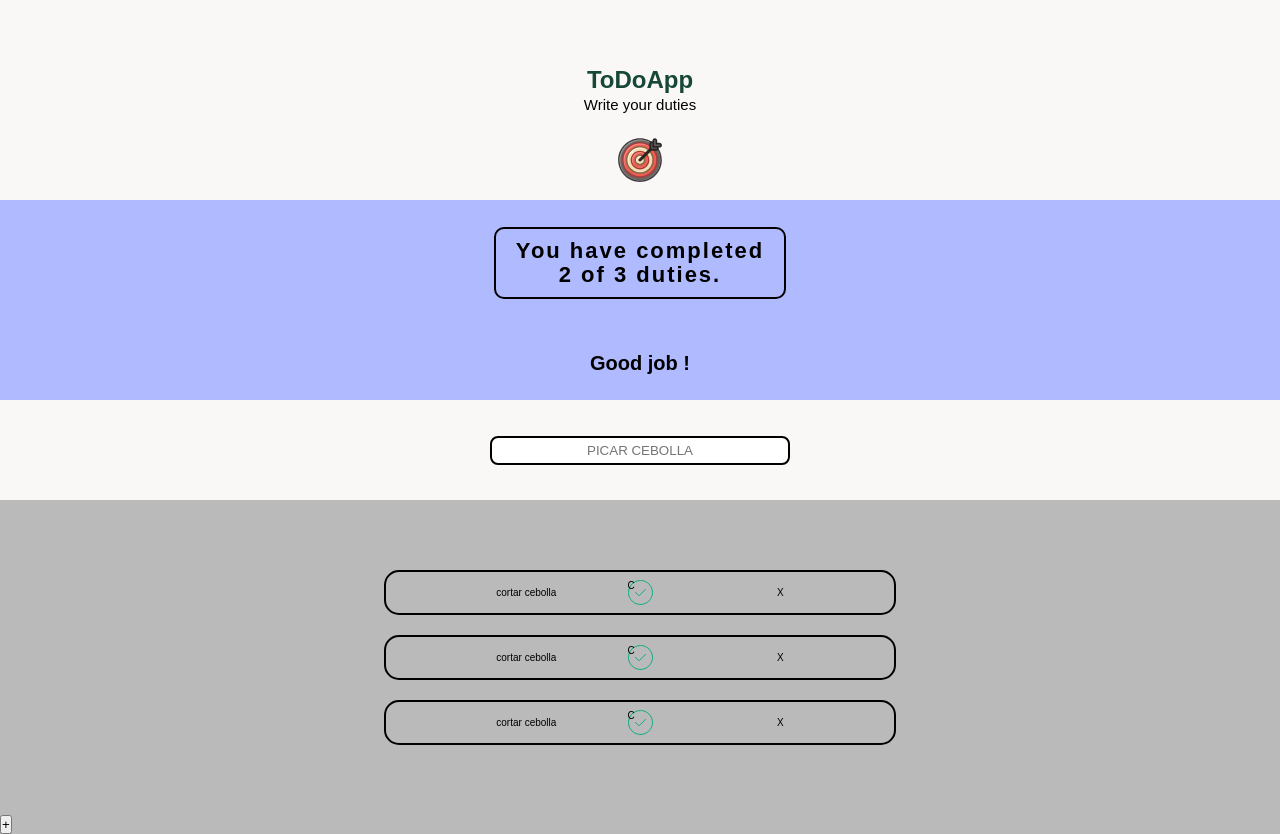
Repository: ChristianGecchelin/to-do-app
Page: /
An editor plug-in stored every save of this project. The page is shown before and after the next save, followed by the edit.
The browser window is 1280 px wide. The pictures show the whole page.
The project was rebuilt for these pictures with package versions that can differ from the ones it lists, and the page was loaded fresh each time.

Above is the page before, as saved 2022-01-12 15:26:47.

### src/index.js
import React from "react";
import ReactDOM from "react-dom";
import App from "./App";
//import { ChakraProvider } from "@chakra-ui/react";
import "./index.css";

ReactDOM.render(<App />, document.getElementById("root"));

### src/App.js
import { ToDoCounter } from "./ToDoCounter";
import { ToDoSearch } from "./ToDoSearch";
import { ToDoList } from "./ToDoList";
import { CreateToDoButton } from "./CreateToDoButton";
import { ToDoItem } from "./ToDoItem";
import { Header } from "./Header";
// import './App.css';

const todos = [
  { text: "cortar cebolla", completed: false },
  { text: "cortar cebolla", completed: false },
  { text: "cortar cebolla", completed: false },
];

function App() {
  return (
    <>
      <Header />
      <ToDoCounter />
      {<ToDoSearch />}
      <ToDoList>
        {todos.map((todo) => (
          <ToDoItem key={todo.text} text={todo.text} />
        ))}
      </ToDoList>

      <CreateToDoButton />
    </>
  );
}

export default App;

### src/index.css
* {
  box-sizing: border-box;
  margin: 0;
  padding: 0;
}
html {
  font-size: 62.5%;
  font-family: "DM Sans", sans-serif;
}
body {
  background: #bababa;
}

### src/ToDoCounter.js
import "./styles/ToDoCounter.css";
function ToDoCounter() {
  return (
    <section className="counter-container">
      <div className="title-card">
        <h2 className="counter-title">
          You have completed <br />2 of 3 duties.
        </h2>
      </div>
      {/* como podria cambiar ese br? */}
      <p className="counter-congrats">Good job !</p>
    </section>
  );
}
export { ToDoCounter };
/* Modificar que sea variable la cantidad de tareas completadas, que el good job cambie cuando llevo menos de la mitad de tareas completadas. */

### src/ToDoSearch.js
import "./styles/ToDoSearch.css";
function ToDoSearch() {
  return (
    <section className="search-container">
      <input className="search-input" placeholder="Picar cebolla"></input>
    </section>
  );
}
export { ToDoSearch };

### src/ToDoList.js
import "./styles/ToDoList.css";
function ToDoList(props) {
  return (
    <section className="list-container">
      <ul className="item-container"> {props.children}</ul>
    </section>
  );
}
export { ToDoList };

### src/CreateToDoButton.js
function CreateToDoButton() {
  return <button>+</button>;
}
export { CreateToDoButton };

### src/ToDoItem.js
function ToDoItem(props) {
  return (
    <li className="list-item">
      <span className="check">C</span>
      <p className="text-item">{props.text}</p>
      <span className="delete">X</span>
    </li>
  );
}
export { ToDoItem };

### src/Header.js
import "./styles/header.css";
function Header() {
  return (
    <header>
      <h1>ToDoApp</h1>
      <h3>Write your duties</h3>
      <span></span>
    </header>
  );
}
export { Header };

### src/styles/ToDoCounter.css
.counter-container {
  display: flex;
  flex-direction: column;
  justify-content: space-around;
  align-items: center;
  width: 100%;
  min-width: 300px;
  height: 200px;
  margin: 0 auto;
  text-align: center;
  background: #b0bbff;
}
.title-card {
  border: 2px solid black;
  border-radius: 10px;
}
.counter-title {
  font-size: 2.2rem;
  font-weight: 700;
  line-height: 2.4rem;
  letter-spacing: 0.2rem;
  padding: 10px 20px;
}
.counter-congrats {
  font-size: 2rem;
  font-weight: 700;
  line-height: 2rem;
}

/* como funciona la especifidad en css en react? */

### src/styles/ToDoSearch.css
.search-container {
  display: flex;
  flex-direction: column;
  margin: 0 auto;
  justify-content: center;
  width: 100;
  min-width: 200px;
  height: 100px;
  text-align: center;
  background: #faf8f7;
}
.search-input {
  width: 60%;
  max-width: 300px;
  border: 2px solid black;
  border-radius: 8px;
  margin: 0 auto;
  text-align: center;
  padding: 5px 20px;
}
.search-input:focus {
  outline: none;
  border: 2px solid green;
  background: rgba(240, 239, 239, 0.7);
}
.search-input::placeholder {
  text-transform: uppercase;
}

### src/styles/ToDoList.css
.list-container {
  display: flex;
  flex-direction: column;
  justify-content: center;
  align-items: center;
  width: 100%;
  height: auto;
  padding: 50px 0;
}
.item-container {
  width: 40%;
}
.list-item {
  position: relative;
  display: flex;
  flex-direction: row;
  justify-content: space-around;
  margin: 20px 0px;
  padding: 15px 0;
  border: 2px solid black;
  border-radius: 15px;
}
.check {
  position: absolute;
  top: 8px;
  left: calc(50%-60px);
  background-image: url(../assets/check.svg);
  width: 25px;
  height: 25px;
  background-repeat: no-repeat;
  background-size: contain;
}

### src/styles/header.css
header {
  position: relative;
  display: flex;
  flex-direction: column;
  justify-content: center;
  align-items: center;
  width: 100%;
  min-width: 320px;
  height: 200px;
  text-align: center;
  padding-bottom: 50px;
  background: #faf8f7;
}
header h1 {
  align-items: center;
  font-size: 2.4rem;
  font-weight: 700;
  line-height: 3rem;
  color: rgb(22, 71, 55);
  padding-top: 15px;
  padding-bottom: 5px;
  margin-top: 10px;
}
header h3 {
  align-items: center;
  font-size: 1.5rem;
  font-weight: 500;
  line-height: 1rem;
}
header span {
  position: absolute;
  top: 135px;
  background-image: url(../assets/header.svg);
  width: 50px;
  height: 50px;
  background-repeat: no-repeat;
  background-size: contain;
}
/*Falta completar con tipografias y colores, imagen span*/

Loaded but not shown: public/index.html (common file)

After the next save:
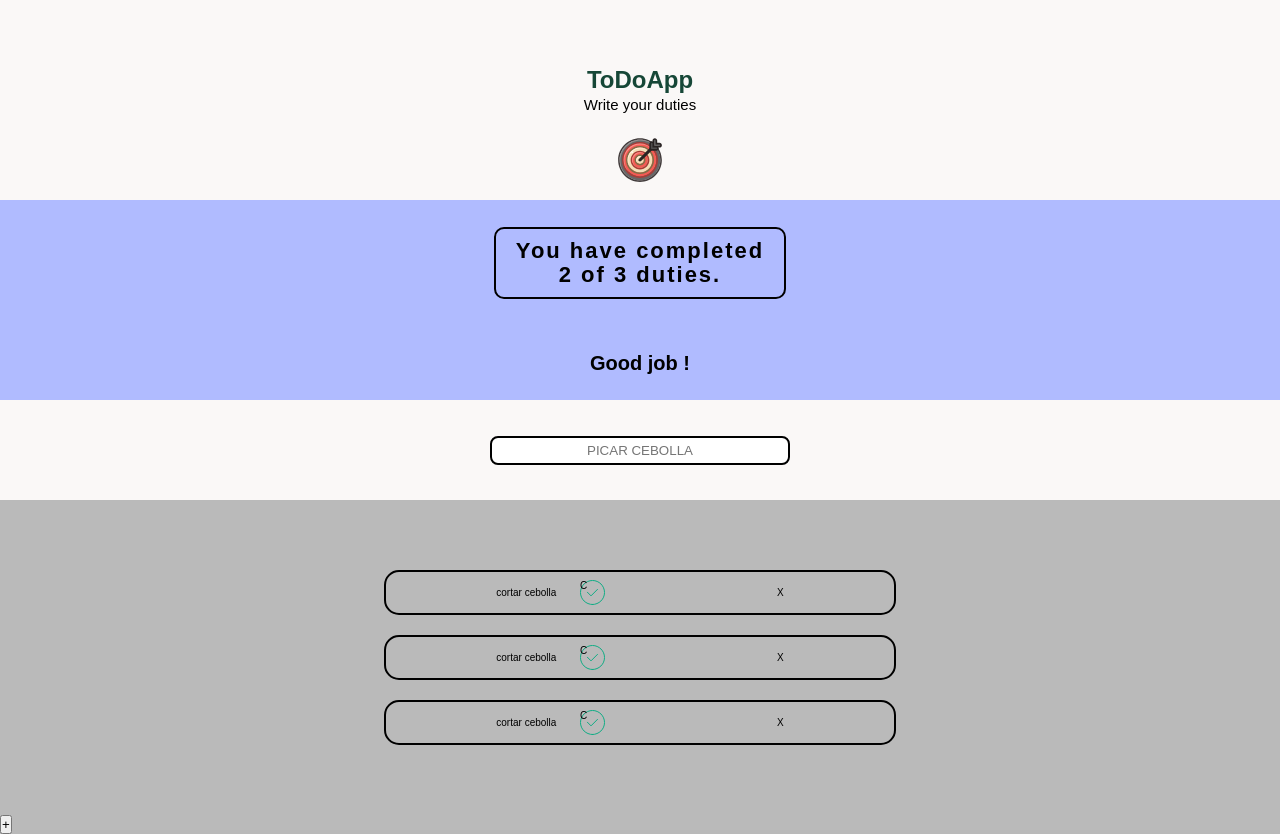
Saved 10 s later.
--- a/src/styles/ToDoList.css
+++ b/src/styles/ToDoList.css
@@ -23,7 +23,7 @@
 .check {
   position: absolute;
   top: 8px;
-  left: calc(50%-60px);
+  left: calc(50% - 60px);
   background-image: url(../assets/check.svg);
   width: 25px;
   height: 25px;
